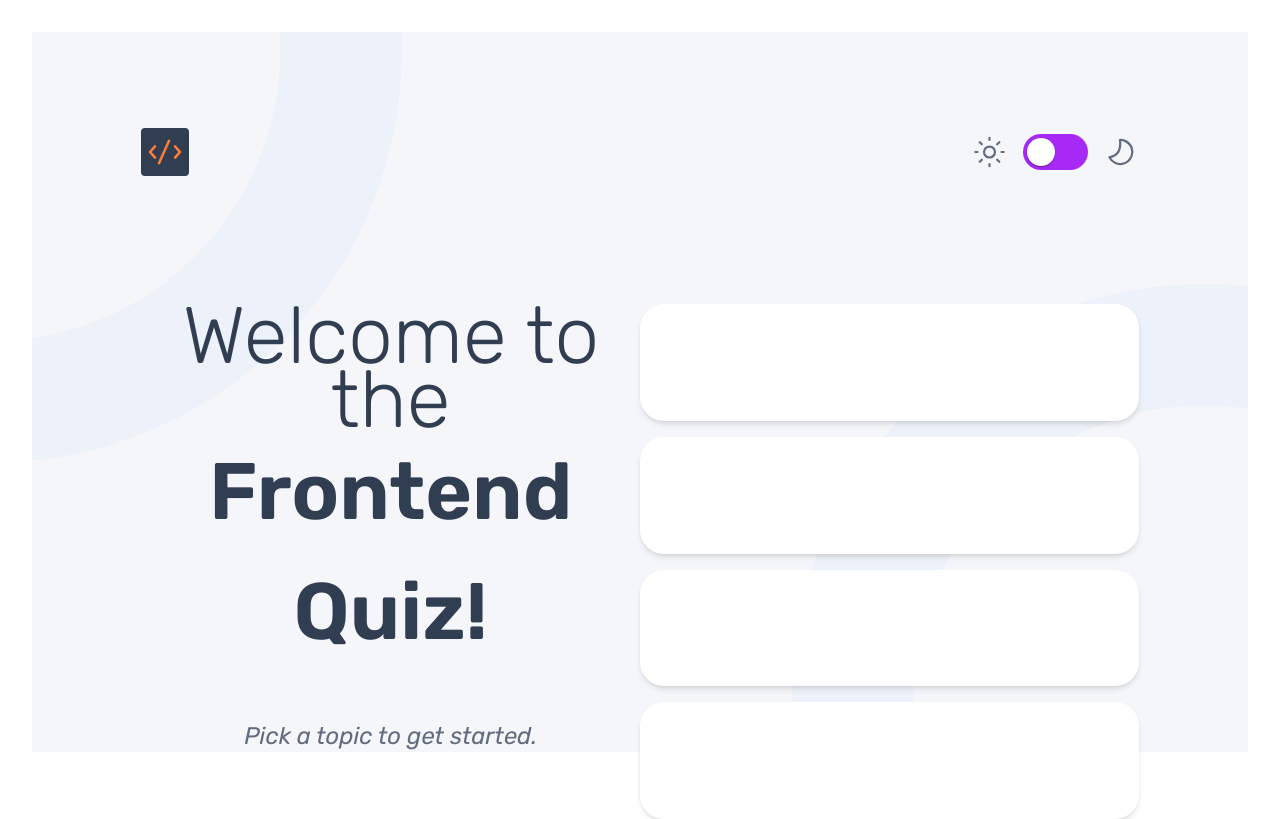
Repository: Shenixo/QuizApp
Page: /
These files come from the project's save history. The page is drawn as it stood at one moment and after a run of saves; the edit follows.
The browser window is 1280 px wide. The pictures show the whole page.
The project was rebuilt for these pictures with package versions that can differ from the ones it lists, and the page was loaded fresh each time. Also part of the build but not shown: vite.config.js.

Above is the page before, as saved 2025-03-31 14:30:29.

### index.html
<!doctype html>
<html lang="en">
  <head>
    <meta charset="UTF-8" />
    <link rel="icon" type="image/svg+xml" href="/vite.svg" />
    <meta name="viewport" content="width=device-width, initial-scale=1.0" />
    <link rel="preconnect" href="https://fonts.googleapis.com">
<link rel="preconnect" href="https://fonts.gstatic.com" crossorigin>
<link href="https://fonts.googleapis.com/css2?family=Rubik:ital,wght@0,300..900;1,300..900&display=swap" rel="stylesheet">
    <title>Quiz App</title>
  </head>
  <body>
    <div id="root"></div>
    <script type="module" src="/src/main.jsx"></script>
  </body>
</html>

### src/main.jsx
import { StrictMode } from "react";
import { createRoot } from "react-dom/client";
import "./index.css";
import App from "./App.jsx";
import Context from "./Store/Context.jsx";

createRoot(document.getElementById("root")).render(
  <StrictMode>
    <Context>
      <App />
    </Context>
  </StrictMode>
);

### src/index.css
@tailwind base;
@tailwind components;
@tailwind utilities;

*{
    padding: 0;
    margin: 0;
    box-sizing: border-box;
    font-family: "Rubik", sans-serif;
}
.dark{
    background: red;
}

### src/App.jsx
import './App.css'
import Home from './Components/Home/Home'
import { useAppContext } from './Store/Context'

function App() {
  const {isDarkMode} = useAppContext()
  return (
    <div  className={`relative min-h-screen bg-cover bg-center bg-no-repeat w-full transition-all duration-500 ease-in-out ${isDarkMode ? "bg-[#313e51]" : "bg-[#f4f6fa]"} ${
      isDarkMode
        ? "bg-[url('/pattern-background-desktop-dark.svg')]"
        : "bg-[url('/pattern-background-desktop-light.svg')]"
    }`}>
    <Home/>
    </div>
  )
}

export default App

### src/Store/Context.jsx
import React from "react";
const AppContext = React.createContext({
    isDarkMode: false,
    toggleTheme: () => {}
});
const Context = ({ children }) => {
  const [isDarkMode, setIsDarkMode] = React.useState(false);
  const toggleTheme = () => {
    setIsDarkMode((pv) => !pv);
  };
  const ctxValue = {
    isDarkMode,
    toggleTheme,
  };
  return (
    <AppContext.Provider value={ctxValue}>
      {" "}
     <div>{children}</div>
    </AppContext.Provider>
  );
};

export default Context;

export function useAppContext() {
  const context = React.useContext(AppContext);
  if (!context) throw new Error("Context must be used between the provider");
  return context;
}

### src/Components/Home/Home.jsx
import React from "react";
import pattern from "/pattern-background-desktop-dark.svg";
import Navbar from "../Navbar/Navbar";
import { useAppContext } from "../../Store/Context";
import Option from "../Option/Option";
const Home = () => {
  const {isDarkMode} = useAppContext()
  return (
    <div className="w-[82%] mx-auto placeholder-stone-200 pt-24 h-[100vh]">
      <Navbar />
      <div className="mb-32"/>
      <div className="grid grid-cols-cols w-full">
      <div>
          <h1 className={ ` ${isDarkMode ? "text-white" : "text-primary"} transition-all duration-500 ease-in-out font-thin text-[5rem] leading-[4rem] `}>Welcome to the</h1>
          <h1 className={`${isDarkMode ? "text-white" : "text-primary"} transition-all duration-500 ease-in-out  text-[5rem] font-semibold`}>Frontend Quiz!</h1>

          <p className="text-[#626c7f] text-2xl mt-12"><i>Pick a topic to get started.</i></p>

      </div>
        <div>
         <Option/>
      </div>

      </div>
    </div>
  );
};

export default Home;

### src/Components/Navbar/Navbar.jsx
import { styled, Switch } from "@mui/material";
import { useAppContext } from "../../Store/Context";

const Navbar = () => {

  const {isDarkMode, toggleTheme} = useAppContext()
  return (
    <nav className="flex justify-between w-full items-center">
      <div className="flex items-center gap-4">
        <div className="bg-primary rounded p-1">
          <img src="/icon-html.svg" alt="html icon" />
        </div>
      </div>
      <div className="flex gap-4">
        <img
          className="transition-all duration-all ease-in-out"
          src={`/icon-sun-${isDarkMode ? "light" : "dark"}.svg`}
          alt="Dark moon icon"
          width={35}
          height={35}
        />
        <CustomSwitch onChange={toggleTheme} />
        <img
           className="transition-all duration-all ease-in-out"
          src={`/icon-moon-${isDarkMode ? "light" : "dark"}.svg`}
          alt="Dark moon icon"
          width={35}
          height={35}
        />
      </div>
    </nav>
  );
};

export default Navbar;

const CustomSwitch =styled((props) => (
  <Switch  focusVisibleClassName=".Mui-focusVisible"  {...props} />
))(({ theme }) => ({
  width: 65,
  height: 36,
  padding: 0,
  "& .MuiSwitch-switchBase": {
    padding: 1,
    margin: 3,
    transitionDuration: "300ms",
    "&.Mui-checked": {
      transform: "translateX(28px)",
      color: "#fff",
      "& + .MuiSwitch-track": {
        backgroundColor: "#a729f5",
        opacity: 1,
        border: 0,
      },
    },
    "&.Mui-focusVisible .MuiSwitch-thumb": {
      color: "#a729f5",
      border: "8px solid #fff",
    },
    "&.Mui-disabled .MuiSwitch-thumb": {
      color: "#a729f5",
    },
    "&.Mui-disabled + .MuiSwitch-track": {
      opacity: 0.7,
    },
  },
  "& .MuiSwitch-thumb": {
    boxSizing: "border-box",
    width: 28,
    height: 28,
  },
  "& .MuiSwitch-track": {
    borderRadius: 46 / 2,
    backgroundColor: "#a729f5",
    opacity: 1,
    transition: theme.transitions.create(["background-color"], {
      duration: 500,
    }),
  },
}));

### src/Components/Option/Option.jsx
import React from "react";
import { useAppContext } from "../../Store/Context";

const Option = () => {
  const options = ["music", "science", "geography", "film & tv"];
  const { isDarkMode } = useAppContext();
  return (
    <ul className="flex gap-4 flex-col">
      {options.map((option, idx) => (
        <li
          className={`${
            isDarkMode ? "bg-[#3b4d66]" : "bg-[#fff]"
          }
          ${  isDarkMode ? "text-[#3b4d66]" : "text-[#fff]"}
          transition-all duration-500 ease-in-out shadow-md shadow-[rgba(0,0,0,0.1)]  p-8 rounded-[1.5rem] cursor-pointer capitalize text-[2.2rem] font-semibold
`}
          key={idx}
        >
          {option}
        </li>
      ))}
    </ul>
  );
};

export default Option;

### tailwind.config.js
/** @type {import('tailwindcss').Config} */
export default {
  content: [
    "./index.html",
    "./src/**/*.{js,ts,jsx,tsx}",
  ],
  theme: {
    extend: {
      gridTemplateColumns: {
        cols: "1fr 1fr"
      },
      colors: {
        primary: "#313e51",
      }
    },
  },
  plugins: [],
}

Loaded but not shown: src/App.css (common file)

After the next 2 saves:
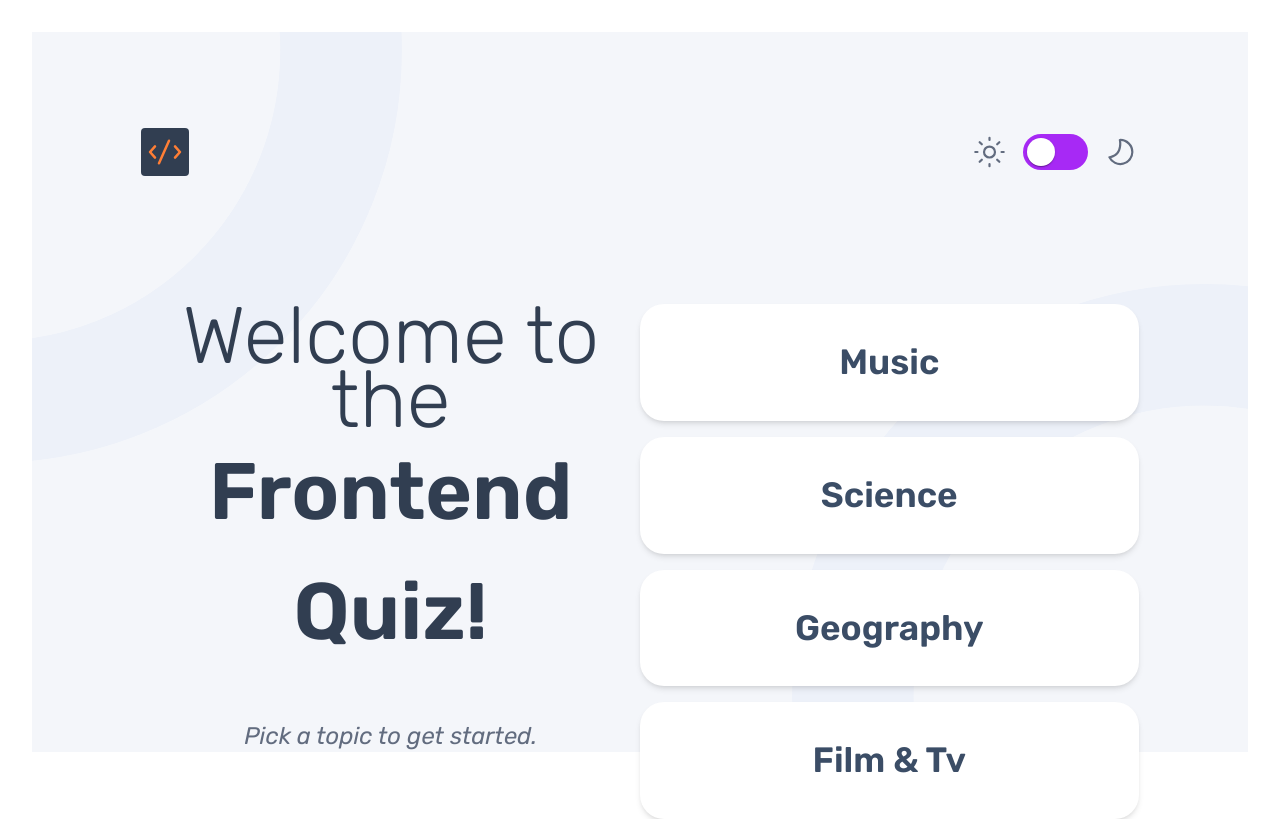
The 2 saves are shown as one change because they came seconds apart.
The last was saved 26 s later.
--- a/src/Components/Option/Option.jsx
+++ b/src/Components/Option/Option.jsx
@@ -11,7 +11,7 @@ const Option = () => {
           className={`${
             isDarkMode ? "bg-[#3b4d66]" : "bg-[#fff]"
           }
-          ${  isDarkMode ? "text-[#3b4d66]" : "text-[#fff]"}
+          ${  isDarkMode ? "text-[#fff]" : "text-[#3b4d66]"}
           transition-all duration-500 ease-in-out shadow-md shadow-[rgba(0,0,0,0.1)]  p-8 rounded-[1.5rem] cursor-pointer capitalize text-[2.2rem] font-semibold
 `}
           key={idx}
